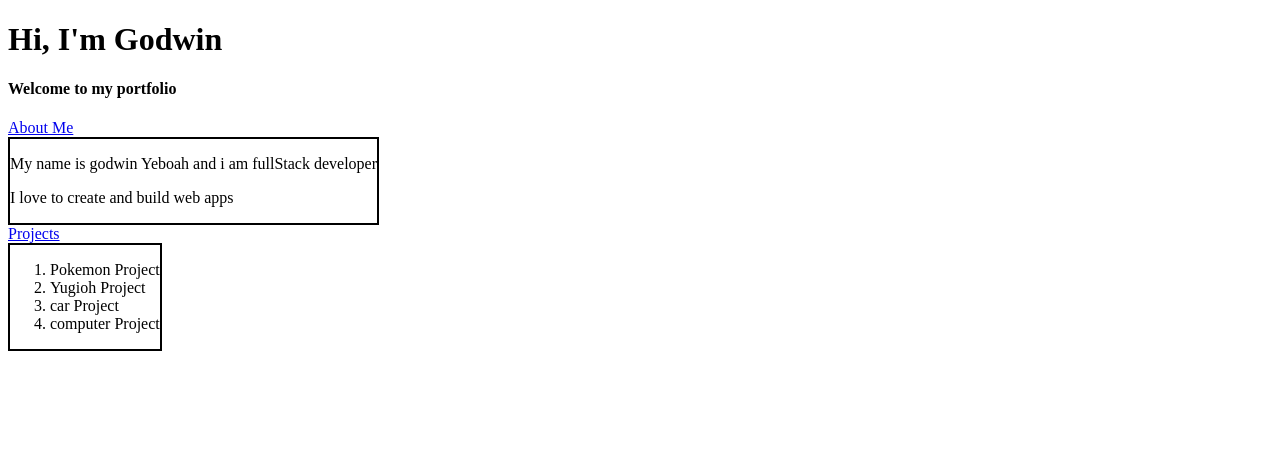
Repository: GodwinYeboah1/Java-Assignment-
Page: SpringIntro/springProjects/portfolio/src/main/resources/static/index.html
These files come from the project's save history. The page is drawn as it stood at one moment and after the next save; the edit follows.
The browser window is 1280 px wide. The pictures show the whole page.

Above is the page before, as saved 2018-03-09 20:43:37.

### SpringIntro/springProjects/portfolio/src/main/resources/static/index.html
<!DOCTYPE html>
<html>
<head>
	<title></title>
	<link rel="stylesheet" type="text/css" href="css/style.css">

</head>
<body>
		<h1>Hi, I'm Godwin</h1>
		<h4>Welcome to my portfolio</h4>

		<div>
		<a href="/aboutMe"> About Me</a>
			<br>
			<div id="aboutMe">
			   <p> My name is godwin Yeboah and i am  fullStack developer</p>
			   <p> I love to create  and build web apps </p>
			</div>

		</div>
		<div>
		<a href="/project"> Projects</a>
		<br>
			<div id="projects">
				<ol>
					<li> Pokemon Project </li>
					<li> Yugioh Project </li>
					<li> car Project </li>
					<li> computer Project </li>
				</ol>

			</div>

		</div>

</body>
</html>

### SpringIntro/springProjects/portfolio/src/main/resources/static/css/style.css
body{
	backgorund : blue;
}
#aboutMe{
	border: 2px solid black;
	display: inline-block;
}
#projects{
	border: 2px solid black;
	display: inline-block;

}

After the next save:
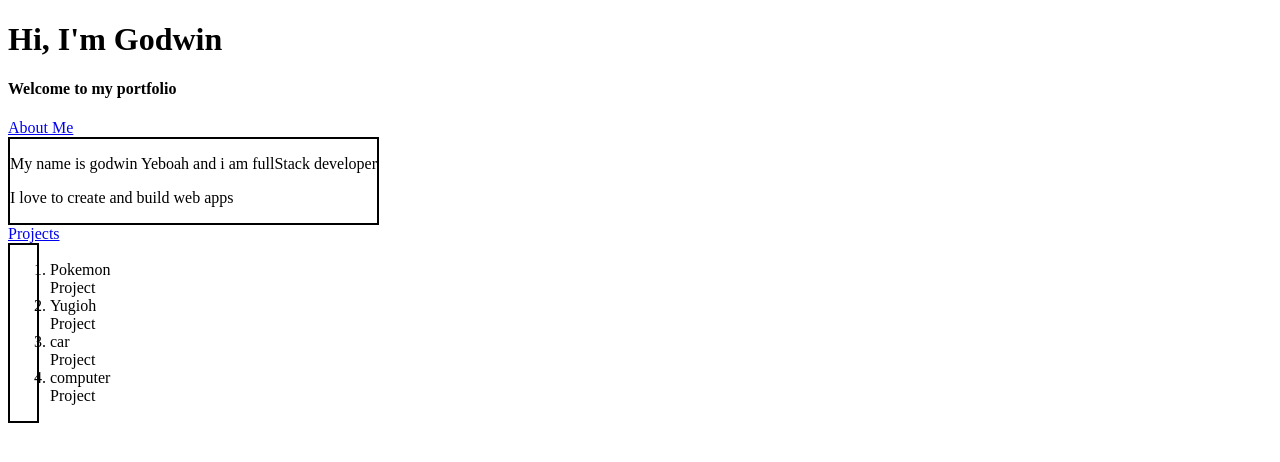
Saved 25 s later.
--- a/SpringIntro/springProjects/portfolio/src/main/resources/static/css/style.css
+++ b/SpringIntro/springProjects/portfolio/src/main/resources/static/css/style.css
@@ -8,5 +8,6 @@ body{
 #projects{
 	border: 2px solid black;
 	display: inline-block;
+	width:27px;
 
 }
